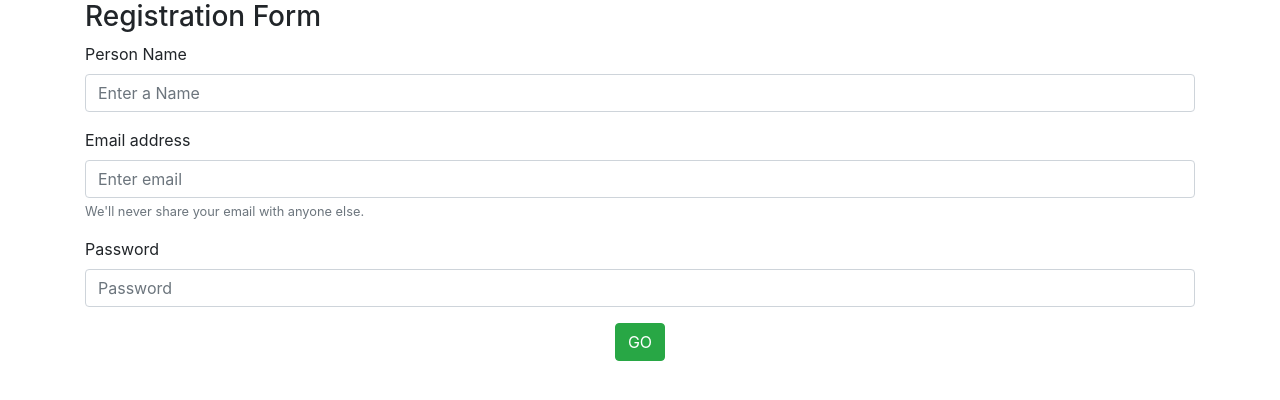
Repository: vijay10091999/Advance-java
Page: http://localhost/SpringMVC/WEB-INF/views/contact.jsp
These files come from the project's save history. The page is drawn as it stood at one moment and after the next save; the edit follows.
The browser window is 1280 px wide. The pictures show the whole page.
Some web libraries are served in a nearby version. The page is served by Tomcat 9. Nobody is signed in. Other server files are loaded and not shown. The template is opened directly, without the code that normally fills it, so the values that code supplies are empty.

Above is the page before, as saved 2022-06-11 07:27:10.

### SpringMVC/src/main/webapp/WEB-INF/views/contact.jsp
<%@ page language="java" contentType="text/html; charset=ISO-8859-1"
    pageEncoding="ISO-8859-1"%>
<!doctype html>
<html lang="en">
  <head>
    <!-- Required meta tags -->
    <meta charset="utf-8">
    <meta name="viewport" content="width=device-width, initial-scale=1, shrink-to-fit=no">

    <!-- Bootstrap CSS -->
    <link rel="stylesheet" href="https://cdn.jsdelivr.net/npm/bootstrap@4.0.0/dist/css/bootstrap.min.css" integrity="sha384-Gn5384xqQ1aoWXA+058RXPxPg6fy4IWvTNh0E263XmFcJlSAwiGgFAW/dAiS6JXm" crossorigin="anonymous">

    <title>Page</title>
  </head>
  <body>
   <div class="container mt-6">

   <h3 class=""text-center>Registration Form </h3>
    <form>
    <div class="form-group">
    <label for="exampleInputName">Person Name </label>
    <input type="text" class="form-control" id="name" placeholder="Enter a Name">
  </div>
  <div class="form-group">
    <label for="exampleInputEmail1">Email address</label>
    <input type="email" class="form-control" id="email" aria-describedby="emailHelp" placeholder="Enter email">
    <small id="emailHelp" class="form-text text-muted">We'll never share your email with anyone else.</small>
  </div>
  <div class="form-group">
    <label for="exampleInputPassword1">Password</label>
    <input type="password" class="form-control" id="password" placeholder="Password">
  </div>
  <div class="container text-center">
    <button type="submit" class="btn btn-success">GO </button>
  </div>
</form>

   </div>

    <!-- Optional JavaScript -->
    <!-- jQuery first, then Popper.js, then Bootstrap JS -->
    <script src="https://code.jquery.com/jquery-3.2.1.slim.min.js" integrity="sha384-KJ3o2DKtIkvYIK3UENzmM7KCkRr/rE9/Qpg6aAZGJwFDMVNA/GpGFF93hXpG5KkN" crossorigin="anonymous"></script>
    <script src="https://cdn.jsdelivr.net/npm/popper.js@1.12.9/dist/umd/popper.min.js" integrity="sha384-ApNbgh9B+Y1QKtv3Rn7W3mgPxhU9K/ScQsAP7hUibX39j7fakFPskvXusvfa0b4Q" crossorigin="anonymous"></script>
    <script src="https://cdn.jsdelivr.net/npm/bootstrap@4.0.0/dist/js/bootstrap.min.js" integrity="sha384-JZR6Spejh4U02d8jOt6vLEHfe/JQGiRRSQQxSfFWpi1MquVdAyjUar5+76PVCmYl" crossorigin="anonymous"></script>
  </body>
</html>

After the next save:
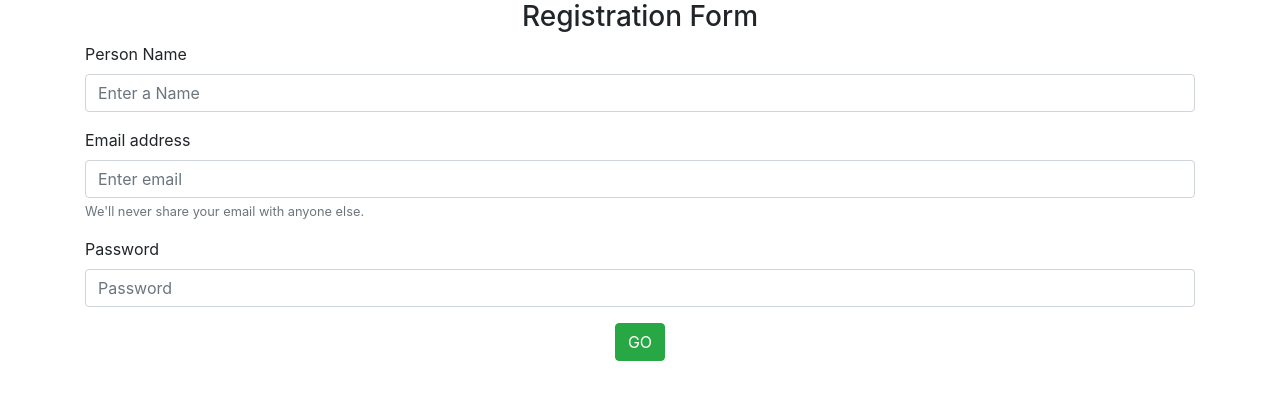
Saved 18 s later.
--- a/SpringMVC/src/main/webapp/WEB-INF/views/contact.jsp
+++ b/SpringMVC/src/main/webapp/WEB-INF/views/contact.jsp
@@ -15,7 +15,7 @@
   <body>
    <div class="container mt-6">
 
-   <h3 class=""text-center>Registration Form </h3>
+   <h3 class="text-center">Registration Form </h3>
     <form>
     <div class="form-group">
     <label for="exampleInputName">Person Name </label>
